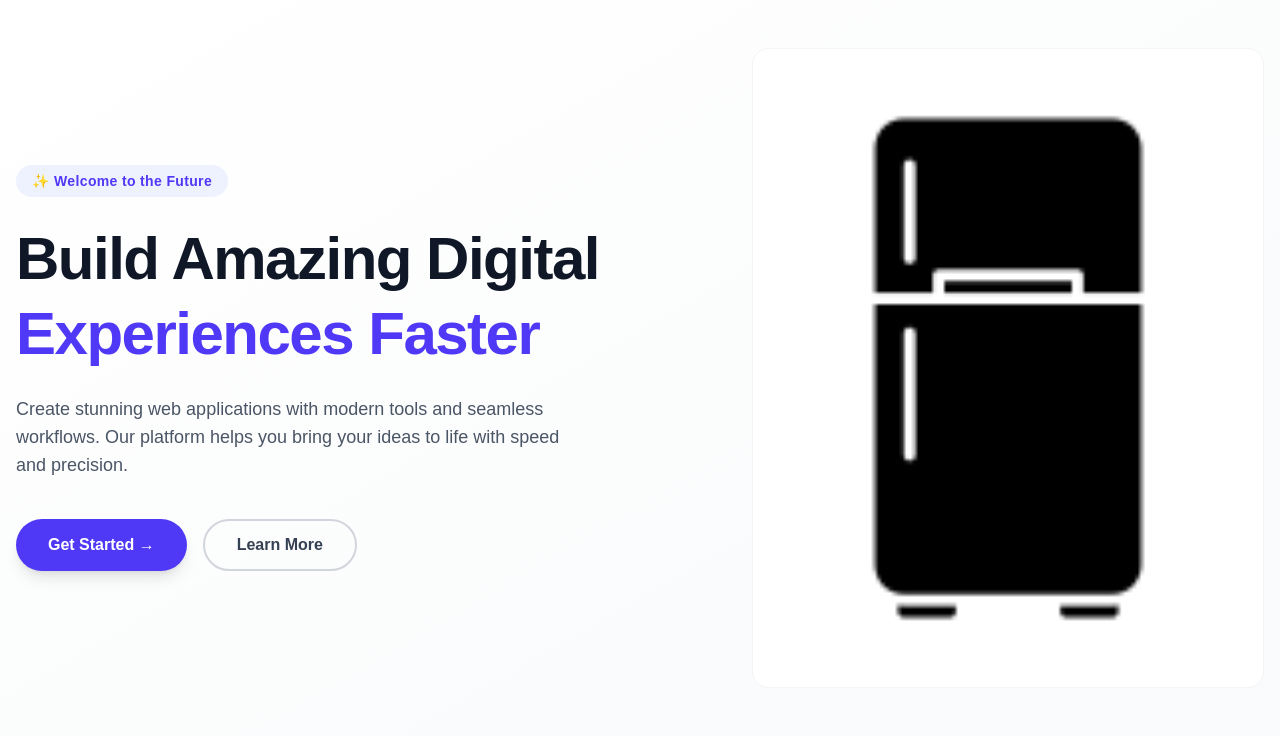
Repository: deepak445566/repai
Page: / (app in repair/)
An editor plug-in stored every save of this project. The page is shown before and after the next save, followed by the edit.
The browser window is 1280 px wide. The pictures show the whole page.
The project was rebuilt for these pictures with package versions that can differ from the ones it lists, and the page was loaded fresh each time. The framework's server and built-in components were replaced by stand-ins that run in the browser. Also part of the build but not shown: repair/next.config.mjs.

Above is the page before, as saved 2026-04-15 11:17:43.

After the next save:
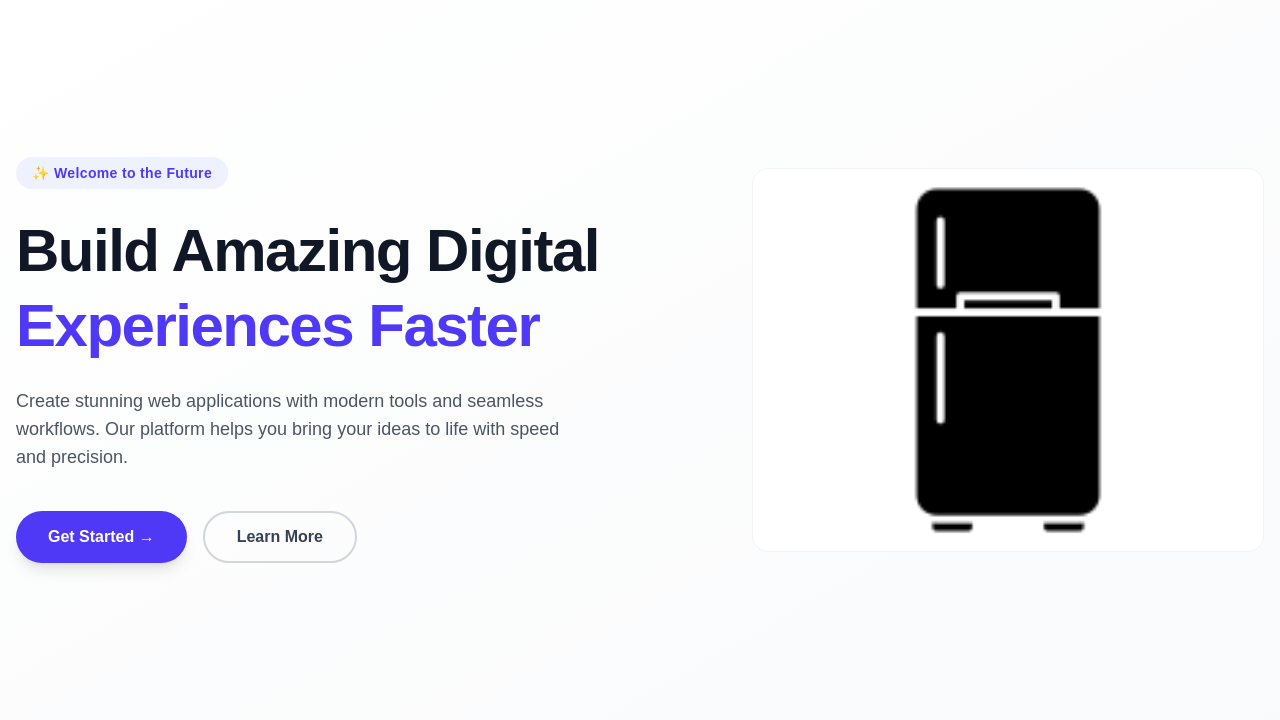
Saved 11 min 50 s later.
--- a/repair/src/components/heroPage.jsx
+++ b/repair/src/components/heroPage.jsx
@@ -8,24 +8,20 @@ export default function HeroPage() {
 
           {/* Left Section - Content */}
           <div className="flex-1 text-center lg:text-left space-y-6">
-            {/* Tagline */}
             <div className="inline-block px-4 py-1.5 rounded-full bg-indigo-50 text-indigo-600 text-sm font-semibold tracking-wide">
               ✨ Welcome to the Future
             </div>
 
-            {/* Heading */}
             <h1 className="text-4xl sm:text-5xl lg:text-6xl font-bold tracking-tight text-gray-900 leading-tight">
               Build Amazing Digital
               <span className="text-indigo-600 block"> Experiences Faster</span>
             </h1>
 
-            {/* Paragraph */}
             <p className="text-lg text-gray-600 max-w-xl mx-auto lg:mx-0">
               Create stunning web applications with modern tools and seamless workflows.
               Our platform helps you bring your ideas to life with speed and precision.
             </p>
 
-            {/* Buttons */}
             <div className="flex flex-col sm:flex-row gap-4 justify-center lg:justify-start pt-4">
               <button className="px-8 py-3 rounded-full bg-indigo-600 text-white font-semibold shadow-lg hover:bg-indigo-700 transition-all duration-200 transform hover:scale-105">
                 Get Started →
@@ -36,20 +32,23 @@ export default function HeroPage() {
             </div>
           </div>
 
-          {/* Right Section - Image */}
-          <div className="flex-1 flex justify-center lg:justify-end">
-            <div className="relative w-full max-w-md lg:max-w-lg">
+          {/* Right Section - Image - Fixed for mobile */}
+          <div className="flex-1 flex justify-center lg:justify-end w-full">
+            <div className="relative w-full max-w-sm sm:max-w-md lg:max-w-lg">
               <div className="absolute inset-0 bg-gradient-to-tr from-indigo-100 to-purple-100 rounded-2xl blur-2xl opacity-60 -z-10"></div>
-              <div className="relative bg-white rounded-2xl  overflow-hidden border border-gray-100">
-                <div className="aspect-[4/5] relative">
-                  {/* Replace the image source with your own image URL */}
-                  <Image
-                    src="/images/image.png"
-                    alt="Hero Image"
-                    fill
-                    className="object-contain"
-                    priority
-                  />
+              <div className="relative bg-white rounded-2xl overflow-hidden border border-gray-100">
+                <div className="relative w-full pt-[100%] sm:pt-[80%] md:pt-[75%]">
+                  {/* Fixed aspect ratio container */}
+                  <div className="absolute inset-0">
+                    <Image
+                      src="/images/image.png"
+                      alt="Hero Image"
+                      fill
+                      className="object-contain p-4"
+                      priority
+                      sizes="(max-width: 640px) 90vw, (max-width: 1024px) 50vw, 33vw"
+                    />
+                  </div>
                 </div>
               </div>
             </div>
